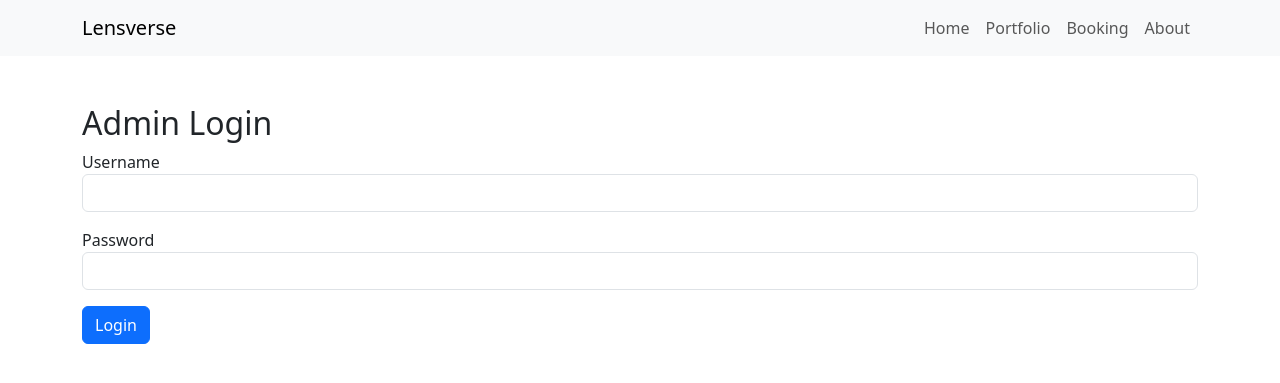
Repository: adithyakiran47/lensverseproject
Page: /admin-login (app in lensverse-client/)
An editor plug-in stored every save of this project. The page is shown before and after the next save, followed by the edit.
The browser window is 1280 px wide. The pictures show the whole page.
The project was rebuilt for these pictures with package versions that can differ from the ones it lists, and the page was loaded fresh each time. Also part of the build but not shown: lensverse-client/src/pages/Home.js, lensverse-client/src/pages/Portfolio.js, lensverse-client/src/pages/Booking.js, lensverse-client/src/pages/About.js, lensverse-client/src/pages/AdminDashboard.js. Imported but missing from the stored project, and not drawn on this page: lensverse-client/src/reportWebVitals.

Above is the page before, as saved 2025-11-03 22:22:02.

### lensverse-client/src/App.js
import React from 'react';
import { BrowserRouter as Router, Routes, Route } from 'react-router-dom';


// Import your page components (create these next)
import Home from './pages/Home';
import Portfolio from './pages/Portfolio';
import Booking from './pages/Booking';
import About from './pages/About';
import AdminLogin from './pages/AdminLogin';
import AdminDashboard from './pages/AdminDashboard';

function App() {
  return (
    <Router>
      <Routes>
        <Route path="/" element={<Home />} />
        <Route path="/portfolio" element={<Portfolio />} />
        <Route path="/booking" element={<Booking />} />
        <Route path="/about" element={<About />} />
        <Route path="/admin-login" element={<AdminLogin />} />
        <Route path="/admin-dashboard" element={<AdminDashboard />} />
      </Routes>
    </Router>
  );
}

export default App;

### lensverse-client/src/pages/AdminLogin.js
import React, { useState } from 'react';
import axios from 'axios';
import { useNavigate } from 'react-router-dom';
import Navbar from '../components/Navbar';

const AdminLogin = () => {
  const [formData, setFormData] = useState({ username: '', password: '' });
  const navigate = useNavigate();

  const handleChange = e => setFormData({ ...formData, [e.target.name]: e.target.value });

  const handleSubmit = async e => {
    e.preventDefault();
    try {
      const res = await axios.post('http://localhost:5000/api/admin/login', formData);
      localStorage.setItem('adminToken', res.data.token);
      navigate('/admin-dashboard');
    } catch (err) {
      alert('Invalid credentials');
    }
  };

  return (
    <>
      <Navbar />
      <div className="container mt-5">
        <h2>Admin Login</h2>
        <form onSubmit={handleSubmit}>
          <div className="mb-3">
            <label>Username</label>
            <input type="text" name="username" className="form-control" required onChange={handleChange} />
          </div>
          <div className="mb-3">
            <label>Password</label>
            <input type="password" name="password" className="form-control" required onChange={handleChange} />
          </div>
          <button type="submit" className="btn btn-primary">Login</button>
        </form>
      </div>
    </>
  );
};

export default AdminLogin;

### lensverse-client/src/components/Navbar.js
import React from 'react';
import { Link } from 'react-router-dom';

const Navbar = () => {
  return (
    <nav className="navbar navbar-expand-lg navbar-light bg-light">
      <div className="container">
        <Link className="navbar-brand" to="/">Lensverse</Link>
        <button className="navbar-toggler" type="button" data-bs-toggle="collapse" data-bs-target="#navmenu">
          <span className="navbar-toggler-icon"></span>
        </button>

        <div className="collapse navbar-collapse" id="navmenu">
          <ul className="navbar-nav ms-auto">
            <li className="nav-item"><Link className="nav-link" to="/">Home</Link></li>
            <li className="nav-item"><Link className="nav-link" to="/portfolio">Portfolio</Link></li>
            <li className="nav-item"><Link className="nav-link" to="/booking">Booking</Link></li>
            <li className="nav-item"><Link className="nav-link" to="/about">About</Link></li>
          </ul>
        </div>
      </div>
    </nav>
  );
};

export default Navbar;

Loaded but not shown: lensverse-client/src/index.js (common file); lensverse-client/src/index.css (common file)

After the next save:
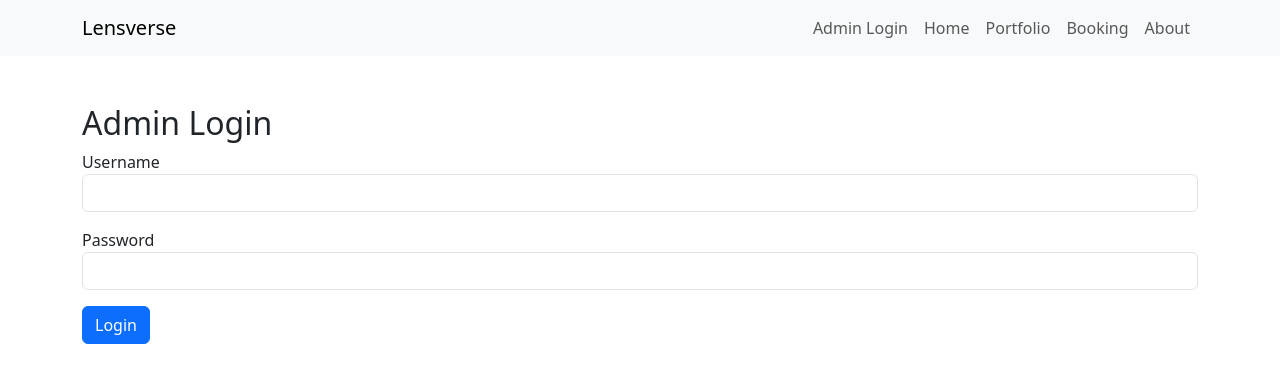
Saved 4 min 30 s later.
--- a/lensverse-client/src/components/Navbar.js
+++ b/lensverse-client/src/components/Navbar.js
@@ -12,6 +12,7 @@ const Navbar = () => {
 
         <div className="collapse navbar-collapse" id="navmenu">
           <ul className="navbar-nav ms-auto">
+            <li className="nav-item"><Link className="nav-link" to="/admin-login">Admin Login</Link></li>
             <li className="nav-item"><Link className="nav-link" to="/">Home</Link></li>
             <li className="nav-item"><Link className="nav-link" to="/portfolio">Portfolio</Link></li>
             <li className="nav-item"><Link className="nav-link" to="/booking">Booking</Link></li>
